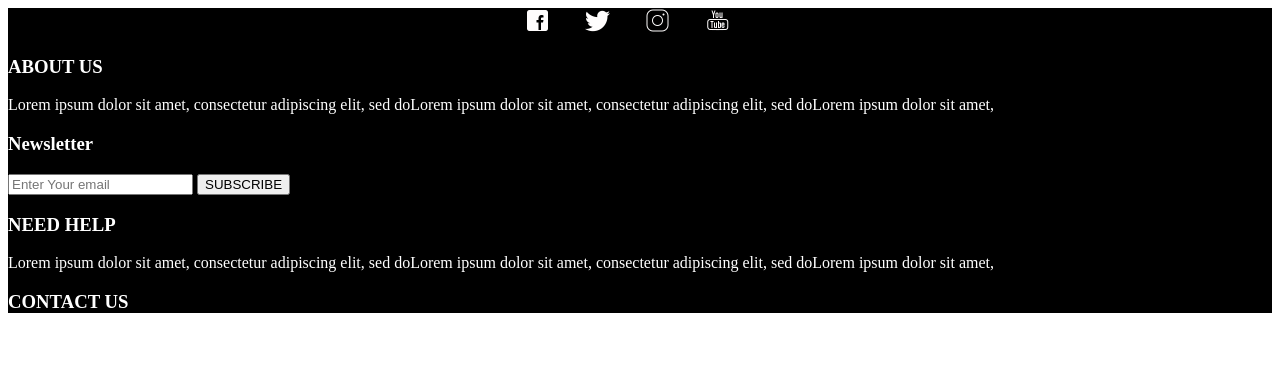
Repository: AVINKUMARP/gifts
Page: demo3.html
An editor plug-in stored every save of this project. The page is shown before and after the next save, followed by the edit.
The browser window is 1280 px wide. The pictures show the whole page.

Above is the page before, as saved 2023-08-24 15:28:08.

After the next save:
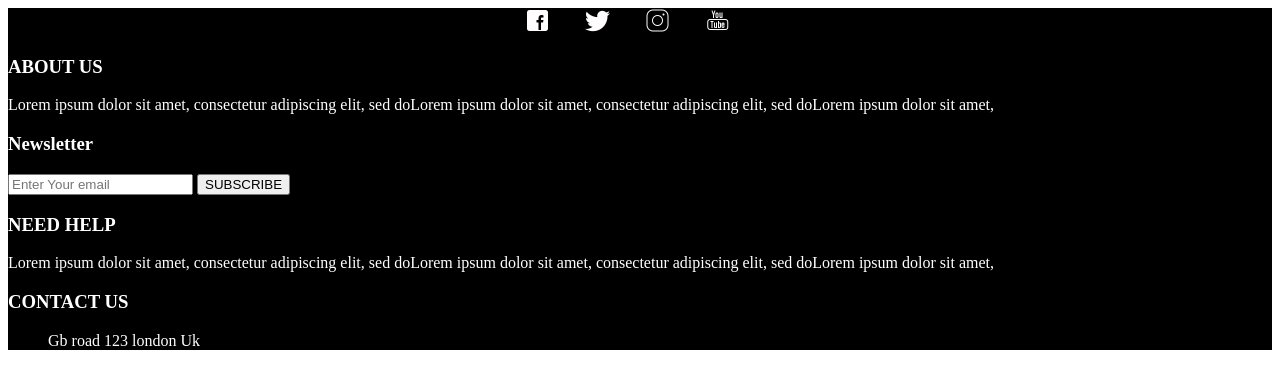
Saved 12 s later.
--- a/demo3.html
+++ b/demo3.html
@@ -52,7 +52,8 @@
             <div class="lfour">
                 <h3>CONTACT US</h3>
                 <ul type="none">
-                    <li></li>
+                    <li>
+Gb road 123 london Uk</li>
                     <li></li>
                     <li></li>
                 </ul>
